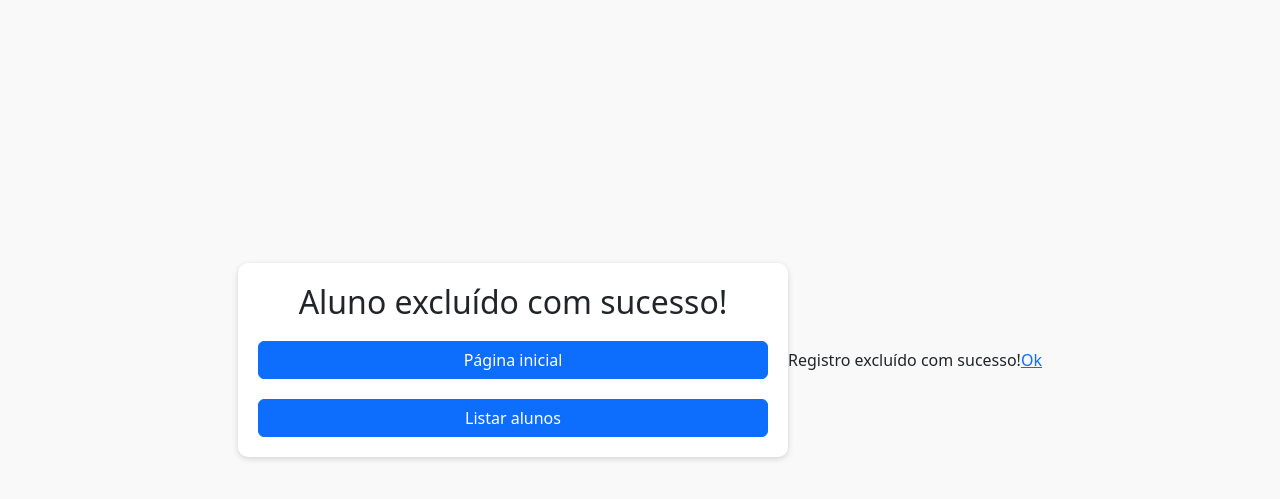
Repository: juliatbarbosa/CRUD-ALUNOS
Page: http://localhost/OlaMundo/alunos/cadastrobean/excluir.jsp
An editor plug-in stored every save of this project. The page is shown before and after the next save, followed by the edit.
The browser window is 1280 px wide. The pictures show the whole page.
The page is served by Tomcat 9.

Above is the page before, as saved 2024-09-30 01:50:47.

After the next save:
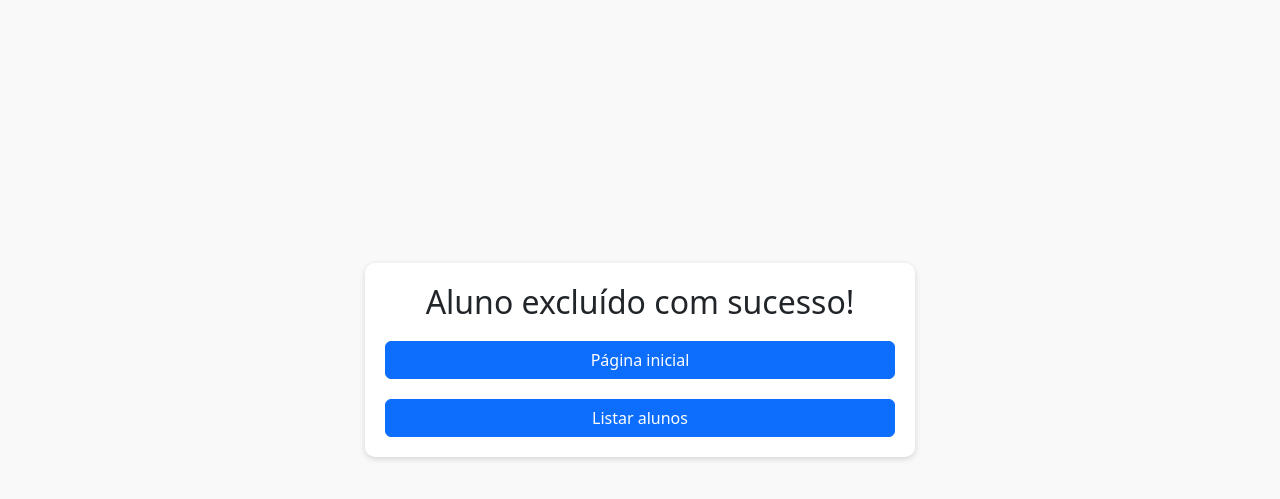
Saved 7 s later.
--- a/OlaMundo/src/main/webapp/alunos/cadastrobean/excluir.jsp
+++ b/OlaMundo/src/main/webapp/alunos/cadastrobean/excluir.jsp
@@ -59,11 +59,5 @@
 
 	</div>
 		<script src="https://cdn.jsdelivr.net/npm/bootstrap@5.3.3/dist/js/bootstrap.bundle.min.js" integrity="sha384-YvpcrYf0tY3lHB60NNkmXc5s9fDVZLESaAA55NDzOxhy9GkcIdslK1eN7N6jIeHz" crossorigin="anonymous"></script>
-
-
-
-	Registro excluído com sucesso!
-	<br/>
-<a href="index.jsp">Ok</a>
 </body>
 </html>
